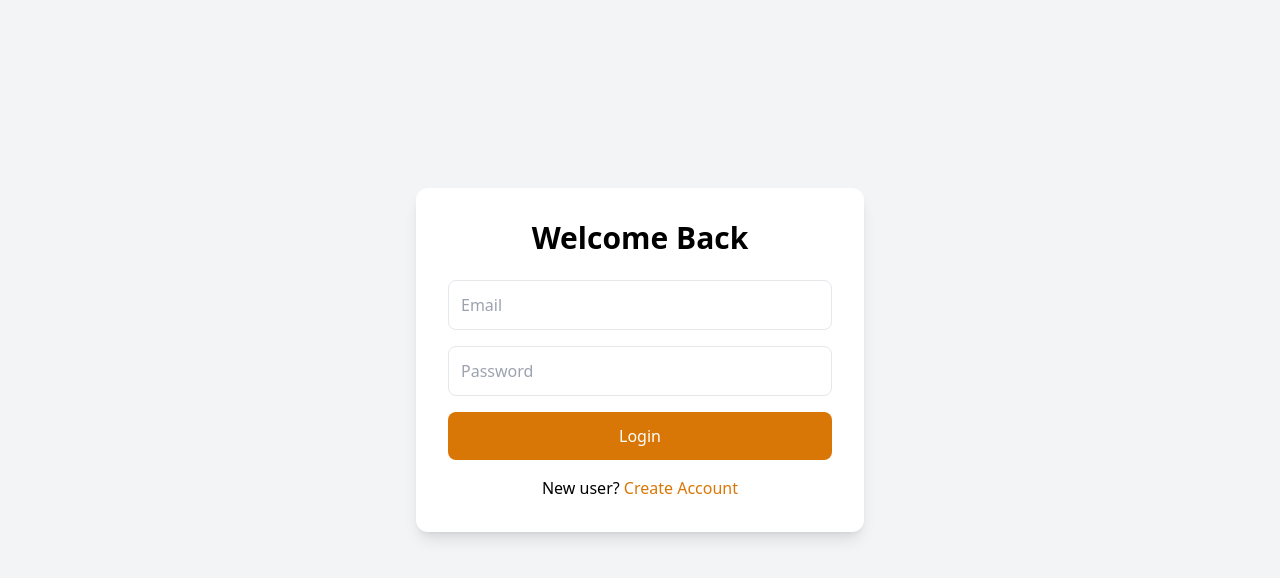
Repository: Omkar0746/VendorLink_Hackathon
Page: VendorLink_Project-main/frontend/login.html
The author's editor kept a copy of each file at every save. The page is drawn from the files as they stood at one save, then again after the next save.
The browser window is 1280 px wide. The pictures show the whole page.
Some web libraries are served in a nearby version.

Above is the page before, as saved 2025-11-27 16:08:26.

After the next save:
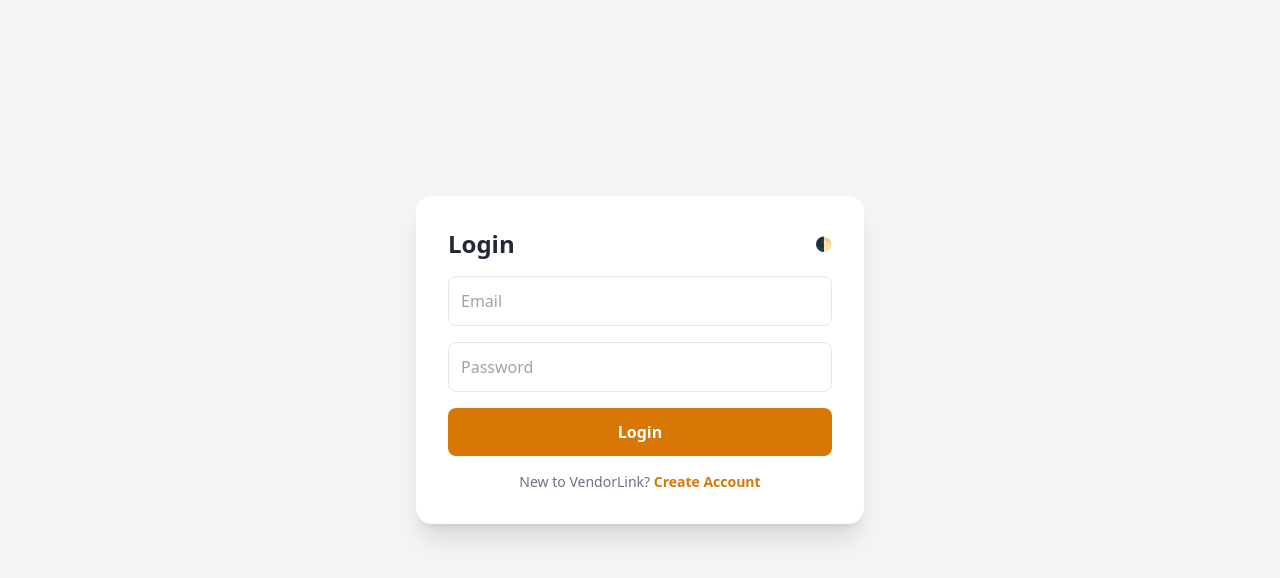
Saved 11 s later.
--- a/VendorLink_Project-main/frontend/login.html
+++ b/VendorLink_Project-main/frontend/login.html
@@ -1,36 +1,37 @@
 <!DOCTYPE html>
-<html>
+<html lang="en" class="bg-gray-100 dark:bg-gray-900">
 <head>
-    <meta charset="UTF-8">
-    <title>VendorLink • Login</title>
-    <script src="https://cdn.tailwindcss.com"></script>
+  <meta charset="UTF-8">
+  <title>VendorLink • Login</title>
+  <script src="https://cdn.tailwindcss.com"></script>
+  <script>tailwind.config = { darkMode: 'class' }</script>
 </head>
+<body class="min-h-screen flex items-center justify-center">
 
-<body class="bg-gray-100 flex items-center justify-center h-screen">
-
-<div class="bg-white p-8 rounded-xl shadow-lg w-full max-w-md">
-
-    <h2 class="text-3xl font-bold text-center mb-6">Welcome Back</h2>
+  <div class="bg-white dark:bg-gray-800 rounded-2xl shadow-xl p-8 w-full max-w-md">
+    <div class="flex justify-between items-center mb-4">
+      <h2 class="text-2xl font-bold text-gray-800 dark:text-gray-100">Login</h2>
+      <button id="themeToggle" class="text-sm text-gray-500 dark:text-gray-300">🌓</button>
+    </div>
 
     <form id="loginForm" class="space-y-4">
-        <input id="emailInput" type="email" placeholder="Email"
-               class="w-full p-3 border rounded-lg" required>
+      <input id="email" type="email" placeholder="Email"
+             class="w-full p-3 rounded-lg border dark:border-gray-700 dark:bg-gray-900 dark:text-gray-100" required>
+      <input id="password" type="password" placeholder="Password"
+             class="w-full p-3 rounded-lg border dark:border-gray-700 dark:bg-gray-900 dark:text-gray-100" required>
 
-        <input id="passwordInput" type="password" placeholder="Password"
-               class="w-full p-3 border rounded-lg" required>
-
-        <button type="submit"
-                class="bg-amber-600 w-full py-3 text-white rounded-lg hover:bg-amber-700">
-            Login
-        </button>
+      <button type="submit"
+              class="w-full bg-amber-600 hover:bg-amber-700 text-white py-3 rounded-lg font-semibold">
+        Login
+      </button>
     </form>
 
-    <p class="text-center mt-4">
-        New user?
-        <a href="signup.html" class="text-amber-600">Create Account</a>
+    <p class="text-center text-sm text-gray-500 dark:text-gray-400 mt-4">
+      New to VendorLink?
+      <a href="signup.html" class="text-amber-600 dark:text-amber-400 font-semibold">Create Account</a>
     </p>
-</div>
+  </div>
 
-<script type="module" src="assets/js/login.js"></script>
+  <script type="module" src="assets/js/login.js"></script>
 </body>
 </html>
